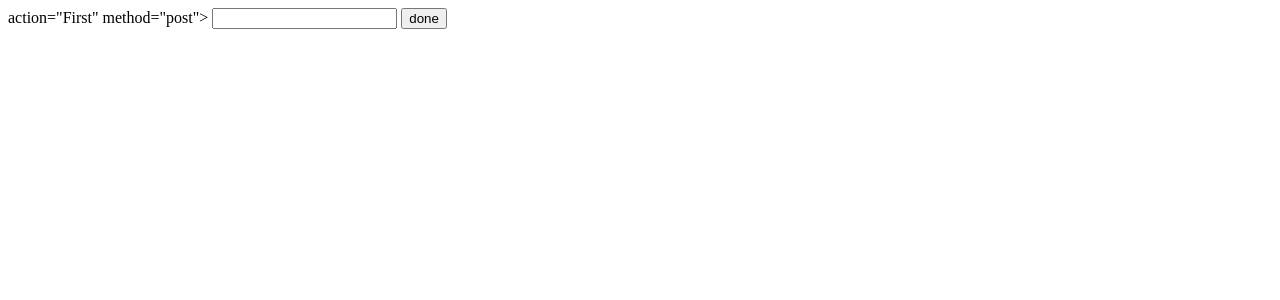
Repository: Jatdevta/AdvanceJava
Page: http://localhost/DynamicProject/First.jsp
An editor plug-in stored every save of this project. The page is shown before and after the next save, followed by the edit.
The browser window is 1280 px wide. The pictures show the whole page.
The page is served by Tomcat 9.

Above is the page before, as saved 2023-08-17 11:23:37.

After the next save:
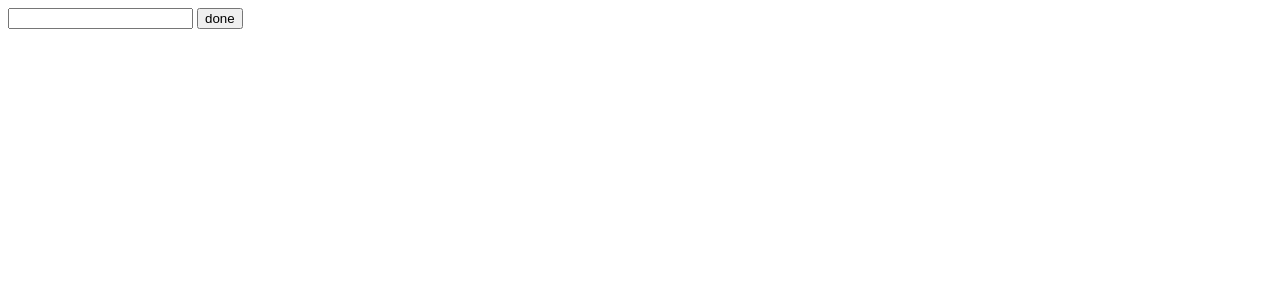
Saved 2 min 42 s later.
--- a/Advancejava/DynamicProject/WebContent/First.jsp
+++ b/Advancejava/DynamicProject/WebContent/First.jsp
@@ -7,8 +7,11 @@
 <title>Insert title here</title>
 </head>
 <body>
-<form> action="First" method="post">
+<form action="First" method ="post">
 <input type="text" name="name">
-<input type="submit" value="done"></form>
+<input type="submit" value="done">
+</form>
+
+
 </body>
 </html>
